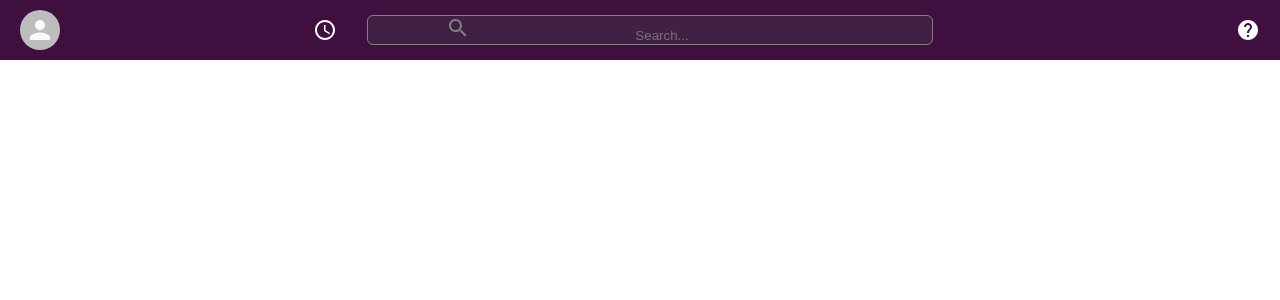
Repository: KrzysKolo/slackClone
Page: /
The author's editor kept a copy of each file at every save. The page is drawn from the files as they stood at one save, then again after the next save.
The browser window is 1280 px wide. The pictures show the whole page.
The project was rebuilt for these pictures with package versions that can differ from the ones it lists, and the page was loaded fresh each time. Also part of the build but not shown: src/App.css.

Above is the page before, as saved 2021-12-22 18:22:36.

### src/index.css
* {
  margin: 0;
  padding: 0;
  box-sizing: border-box;
}
body {
  --slack-color: #3f0f40;
  overflow: hidden;

  margin: 0;
  font-family: -apple-system, BlinkMacSystemFont, 'Segoe UI', 'Roboto', 'Oxygen',
    'Ubuntu', 'Cantarell', 'Fira Sans', 'Droid Sans', 'Helvetica Neue',
    sans-serif;
  -webkit-font-smoothing: antialiased;
  -moz-osx-font-smoothing: grayscale;
}

code {
  font-family: source-code-pro, Menlo, Monaco, Consolas, 'Courier New',
    monospace;
}

### src/App.js
import './App.css';
import {BrowserRouter as Router, Routes, Route, Link } from 'react-router-dom';
import { AppBody } from './style';
import { About } from './pages'
import { Header, Sidebar } from './components';

function App() {
  return (
    <Router>
      <>
        <Header />
        <AppBody>
          <Sidebar />
          <Routes>
            <Route path='/' exact element={<About />} />
          </Routes>
        </AppBody>
      </>
    </Router>
  );
}

export default App;

### src/style.js
import styled from 'styled-components';

export const AppBody = styled.div``;

### src/components/index.js
export { default as Header } from './Header';
export { default as Sidebar } from './Sidebar';

### src/pages/About/About.js
import React from 'react';
//ICONS
//import SendIcon from '@mui/icons-material/Send';


const about = () => {
  return (
    <section>
      About
    </section>
  )
}

export default about;

### src/components/Header/Header.js
import React from 'react';
import { HeaderContainer, HeaderLeft, HeaderAvatar, HeaderSearch, HeaderRight } from './style';
import AccessTimeIcon from '@material-ui/icons/AccessTime';
import SearchIcon from '@material-ui/icons/Search';
import HelpIcon from '@material-ui/icons/Help';


const Header = () => {
  return (
    <HeaderContainer>
      {/*  Header Left */}
      <HeaderLeft>
        <HeaderAvatar

         />
         <AccessTimeIcon />
      </HeaderLeft>
      {/*  Header Search */}
      <HeaderSearch>
        <SearchIcon />
        <input placeholder='Search...' />
      </HeaderSearch>
      {/*  Header Right */}
      <HeaderRight>
        <HelpIcon />
      </HeaderRight>
    </HeaderContainer>
  )
}

export default Header;

### src/components/Sidebar/Sidebar.js
import React from 'react';
import { SidebarContainer, SidebarHead, SidebarInfo } from './style';

const Sidebar = () => {
  return (
    <SidebarContainer>
      <SidebarHead>
        <SidebarInfo>
          <h2>PAPA FUN HQ</h2>
        </SidebarInfo>
      </SidebarHead>
    </SidebarContainer>
  )
}

export default Sidebar;

### src/components/Header/style.js
import styled from 'styled-components';
import { Avatar } from '@material-ui/core';

export const HeaderContainer = styled.header`
  display: flex;
  position: fixed;
  width: 100%;
  align-items: center;
  justify-content: space-between;
  padding: 10px 0;
  background-color: var(--slack-color);
  color: white;
`;
export const HeaderLeft = styled.div`
  flex: 0.3;
  display: flex;
  align-items: center;
  margin-left: 20px;
  > .MuiSvgIcon-root {
    margin-left: auto;
    margin-right: 30px;
  }
`;

export const HeaderAvatar = styled(Avatar)`
  cursor: pointer;

  :hover {
    opacity: 0.8;
  }
`;

export const HeaderSearch = styled.div`
  flex: 0.4;
  opacity: 1;
  border-radius: 6px;
  background-color: #421f44;
  text-align: center;
  padding: 0 50px;
  color: gray;
  border: 1px gray solid;
  > input {
    background-color: transparent;
    border: none;
    text-align: center;
    min-width: 30vw;
    outline: 0;
    color: white;
  }
`;
export const HeaderRight = styled.div`
  flex: 0.3;
  display: flex;
  align-items: flex-end;
  > .MuiSvgIcon-root {
    margin-left: auto;
    margin-right: 20px;
  }
`;

### src/components/Sidebar/style.js
import styled from 'styled-components';

export const SidebarContainer = styled.div``;

export const SidebarHead = styled.div``;

export const SidebarInfo = styled.div``;

Loaded but not shown: public/index.html (common file); src/index.js (common file); src/pages/index.js (common file); src/pages/About/index.js (common file); src/components/Header/index.js (common file); src/components/Sidebar/index.js (common file)

After the next save:
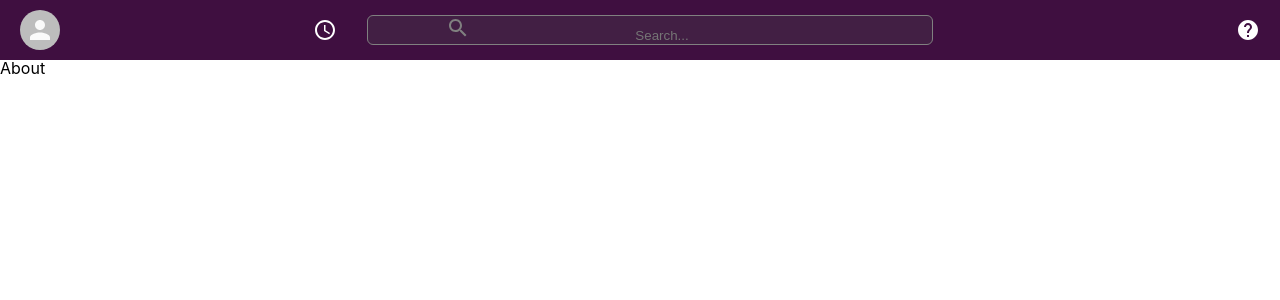
Saved 2 min 28 s later.
--- a/src/components/Sidebar/Sidebar.js
+++ b/src/components/Sidebar/Sidebar.js
@@ -1,5 +1,6 @@
 import React from 'react';
 import { SidebarContainer, SidebarHead, SidebarInfo } from './style';
+import FiberManualRecordIcon from '@material-ui/icons/FiberManualRecord';
 
 const Sidebar = () => {
   return (
@@ -7,6 +8,9 @@
       <SidebarHead>
         <SidebarInfo>
           <h2>PAPA FUN HQ</h2>
+          <h3>
+            <FiberManualRecordIcon />
+          </h3>
         </SidebarInfo>
       </SidebarHead>
     </SidebarContainer>

After the 2 saves that followed:
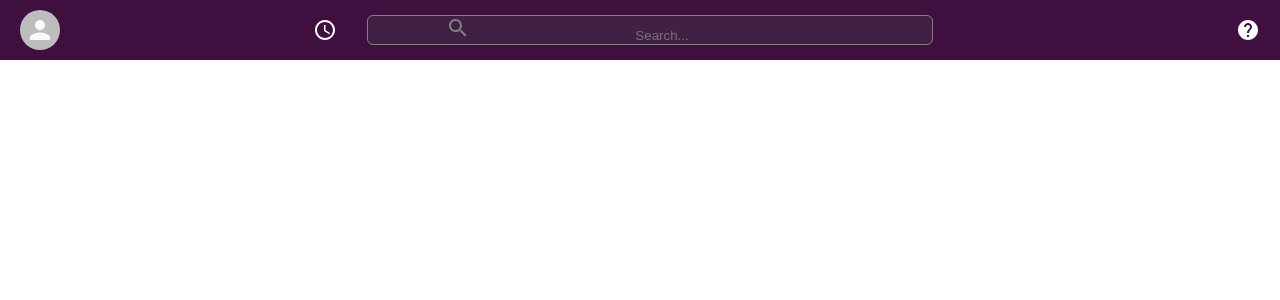
The 2 saves are shown as one change because 1 left the picture as it was.
The last was saved 2 min 24 s later.
--- a/src/App.js
+++ b/src/App.js
@@ -12,7 +12,7 @@ function App() {
         <AppBody>
           <Sidebar />
           <Routes>
-            <Route path='/' exact element={<About />} />
+            <Route path='/' exact element={<AppBody />} />
           </Routes>
         </AppBody>
       </>
--- a/src/components/Sidebar/Sidebar.js
+++ b/src/components/Sidebar/Sidebar.js
@@ -10,6 +10,7 @@
           <h2>PAPA FUN HQ</h2>
           <h3>
             <FiberManualRecordIcon />
+            Krzysztofa Kołodziejczak
           </h3>
         </SidebarInfo>
       </SidebarHead>
